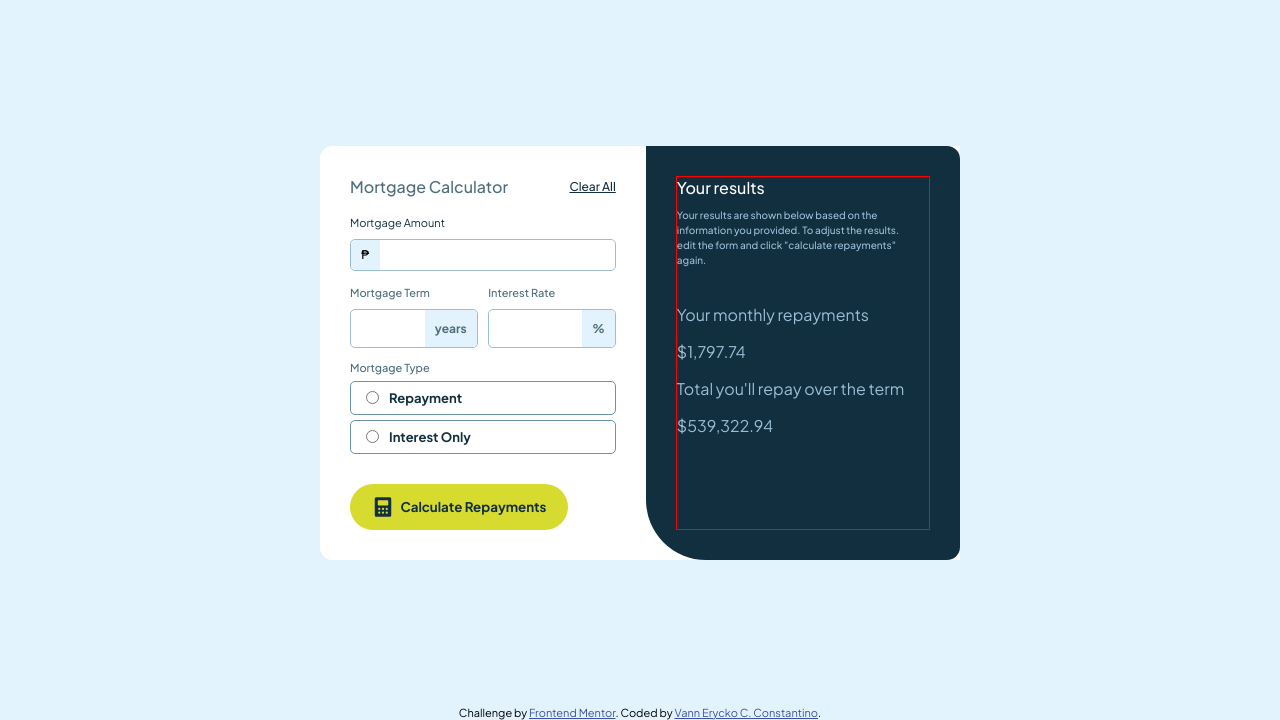
Repository: kocokoy/mortgage-repayment-calculator
Page: index.html
The author's editor kept a copy of each file at every save. The page is drawn from the files as they stood at one save, then again after the next save.
The browser window is 1280 px wide. The pictures show the whole page.

Above is the page before, as saved 2024-10-30 14:37:54.

### index.html
<!DOCTYPE html>
<html lang="en">
<head>
  <meta charset="UTF-8">
  <meta name="viewport" content="width=device-width, initial-scale=1.0"> <!-- displays site properly based on user's device -->

  <link rel="icon" type="image/png" sizes="32x32" href="./assets/images/favicon-32x32.png">
  <link rel="stylesheet" href="/styles/style.css">
  <link rel="preconnect" href="https://fonts.googleapis.com">
<link rel="preconnect" href="https://fonts.gstatic.com" crossorigin>
<link href="https://fonts.googleapis.com/css2?family=Karla:ital,wght@0,200..800;1,200..800&family=Plus+Jakarta+Sans:ital,wght@0,200..800;1,200..800&family=Red+Hat+Text:ital,wght@0,300..700;1,300..700&display=swap" rel="stylesheet">

  <title>Frontend Mentor | Mortgage repayment calculator</title>
</head>
<body>
  <div class="container">
    <div class="container-card">
      <div class="mortgage-calculator-side">
        <div class="mortgage-calculator-header">
          <p>Mortgage Calculator</p>
          <button>Clear All</button>
        </div>
        <div class="mortgage-calculator-amount">
          <p>Mortgage Amount</p>
          <label class="mortgage-calculator-amount-input">
            <div class="peso-logo">&#8369;</div>
            <input type="text" class="jsMortageAmount">
          </label>
          <div class="field-require-text">
            this field is required
          </div>
        </div>
        <div class="mortgage-calculator-term-and-interest">
          <div class="mortgage-calculator-term-section">
            <p>Mortgage Term</p>
            <div class="mortgage-calculator-term-section-mortgage">
              <input type="text" name="" id="" class="jsMortgageTerm">
              <div>years</div>
            </div>
            <div class="field-require-text">
              this field is required
            </div>
          </div>
          <div class="mortgage-calculator-term-section">
            <p>Interest Rate</p>
            <div class="mortgage-calculator-term-section-mortgage">
              <input type="text" name="" id="" class="jsMortgageInterest">
              <div>%</div>
            </div>
            <div class="field-require-text">
              this field is required
            </div>
          </div>
        </div>
        <div class="mortgage-calculator-type">
          <p>Mortgage Type</p>
          <label class="mortgage-calculator-type-radio">
            <input class="mortgage-calculator-type-radio-repayment jsRepaymentRadio" type="radio">
            <div>Repayment</div>
          </label>
          <label class="mortgage-calculator-type-radio">
            <input class="mortgage-calculator-type-radio-interest jsRepaymentInterest"  type="radio">
            <div>Interest Only</div>
          </label>
        </div>
        <div class="mortgage-calculator-button">
          <button class="jsCalculateRepayments">
            <div>
              <img src="/assets/images/icon-calculator.svg" alt="">
              <p>Calculate Repayments</p>
            </div>
          </button>
        </div>
      </div>
      <div class="result-side">
        <!-- <div class="result-empty">
          <div>
            <img src="/assets/images/illustration-empty.svg" alt="">
          </div>
          <div class="result-side-title">Results shown here</div>
          <div class="result-side-text">  Complete the form and click “calculate repayments” to see what
            your monthly repayments would be.</div>
        </div> -->
        <div class="result-populate">
          <div class="result-populate-title">
            Your results
          </div>
          <div class="result-populate-message">
            Your results are shown below based on the information you provided.
            To adjust the results. edit the form and click "calculate repayments" again.
          </div>
          <div class="result-populate-repayment">
            <div>
              <p>Your monthly repayments</p>
              <div>$1,797.74</div>
            </div>
            <div>
              <p>Total you'll repay over the term</p>
              <div>$539,322.94</div>
            </div>
          </div>
        </div>
      </div>
    </div>
  </div>


  <div class="attribution">
    Challenge by <a href="https://www.frontendmentor.io?ref=challenge">Frontend Mentor</a>.
    Coded by <a href="#">Vann Erycko C. Constantino</a>.
  </div>
  <script src="/javascripts/script.js"></script>
</body>
</html>

### styles/style.css
:root{
/* Primary */

--lime: hsl(61, 70%, 52%);
--red: hsl(4, 69%, 50%);

/* Neutral */

--white: hsl(0, 0%, 100%);
--slate100: hsl(202, 86%, 94%);
--slate300: hsl(203, 41%, 72%);
--slate500: hsl(200, 26%, 54%);
--slate700: hsl(200, 24%, 40%);
--slate900: hsl(202, 55%, 16%);
}

.attribution {
  font-size: 11px; text-align: center;
 }
.attribution a {
  color: hsl(228, 45%, 44%);
 }

 *{
  font-family: Plus Jakarta Sans;
 }

body{
  margin: 0;
  padding: 0;
  background-color: var(--slate100);
}
.container{
  height: 98vh;
  display: flex;
  flex-direction: column;
  justify-content: center;
  align-items: center;
}
.container-card{
  display: flex;
  flex-direction: row;
  height: auto;
  width: 50%;
  background-color: var(--white);
  border-bottom-left-radius: 13px;
  border-top-left-radius: 13px;
}

.field-require-text{
  margin-top: 10px;
  color: var(--red);
  font-size: 10px;
  font-weight: 900;
  margin-bottom: 3px;
  display: none;
}
.mortgage-calculator-side{
  height: auto;
  width: auto;
  background-color: var(--white);
  border-bottom-left-radius: 13px;
  border-top-left-radius: 13px;
  padding: 30px;

}
.result-side{
  height: auto;
  width: 70%;
  padding: 30px;
  overflow: hidden;
  background-color: var(--slate900);
  border-bottom-left-radius: 60px;
  border-bottom-right-radius: 13px;
  border-top-right-radius: 13px;
  display: flex;
  flex-direction: column;
  justify-content: center;
  align-items: center;

}

/*Mortgage Calculator Header */
.mortgage-calculator-header{
  display: flex;
  flex-direction: row;
  align-items: center;
  justify-content: space-between;
}
.mortgage-calculator-header p{
 margin: 0;
 font-weight: 500;
 color: var(--slate700);
}
.mortgage-calculator-header button{
 margin: 0;
 font-weight: 500;
 font-size: 12px;
 color: var(--slate900);
 background-color: var(--white);
 text-decoration: underline;
 cursor: pointer;
 border: none;
 padding: 0;
}

/*Mortgage Calculator Amount  */
.mortgage-calculator-amount{
  padding-top: 19px ;
  display: flex;
  flex-direction: column;
  margin-bottom: 15px;
}
.mortgage-calculator-amount p{
  margin: 0;
  font-size: 11px;
  color: var(--slate900);
  padding-bottom: 10px;
}

.mortgage-calculator-amount-input{
  display: flex;
  flex-direction: row;
  height: 30px;
  border: 1px solid var(--slate300);
  border-radius: 5px;
}

.mortgage-calculator-amount-input:hover{
  border: 1px solid var(--slate900);
  transition: 0.1s;
}

.mortgage-calculator-amount-input:focus-within {
  border-color: var(--lime);
}

.mortgage-calculator-amount-input:focus-within .peso-logo {
  background-color: var(--lime);
}

.mortgage-calculator-amount-input .peso-logo{
  background-color: var(--slate100);
  height: 100%;
  width: 35px;
  display: flex;
  justify-content: center;
  align-items: center;
  font-size: 12px;
  font-weight: 500;
  border: none;
  border-top-left-radius: 5px;
  border-bottom-left-radius: 5px;
}
.mortgage-calculator-amount-input input{
  width: 100%;
  border: none;
  border-top-right-radius: 5px;
  border-bottom-right-radius: 5px;
  padding: 0 10px;
  font-weight: 700;
}

.mortgage-calculator-amount-input input:focus{
  outline: none;
}

/* Mortgage Calculator Mortgage Term and Interest Rate */

.mortgage-calculator-term-and-interest{
  display: flex;
  flex-direction: row;
  width: 100;
  justify-content: space-between;
}
.mortgage-calculator-term-section{
  width: 48%;
}
.mortgage-calculator-term-section p{
  margin: 0;
  font-size: 11px;
  color: var(--slate700);
  padding-bottom: 10px;
  font-weight: 500;
}

.mortgage-calculator-term-section-mortgage{
  display: flex;
  flex-direction: row;
  border: 1px solid var(--slate300);
  border-radius: 5px;
}

.mortgage-calculator-term-section-mortgage input{
  width: 90%;
  padding: 10px;
  font-weight: 700;
  border: none;
  border-top-left-radius: 5px;
  border-bottom-left-radius: 5px;
  accent-color: green;
}
.mortgage-calculator-term-section-mortgage div{
  width: auto;
  background-color: var(--slate100);
  color: var(--slate700);
  font-size: 12px;
  display: flex;
  justify-content: center;
  align-items: center;
  font-weight: 700;
  padding: 7px 10px;
  border-top-right-radius: 5px;
  border-bottom-right-radius: 5px;
}

.mortgage-calculator-term-section-mortgage input:focus{
  outline: none;
}

/* Mortgage Calculator Type */
.mortgage-calculator-type{
  display: block;
  margin-top: 13px;
}

.mortgage-calculator-type p{
  margin: 0;
  font-size: 11px;
  color: var(--slate700);
  padding-bottom: 2px;
  font-weight: 500;
}

.mortgage-calculator-type-radio{
  border: 1px solid var(--slate500);
  display: flex;
  flex-direction: row;
  justify-content: start;
  align-items: center;
  padding: 8px 5px ;
  margin-top: 5px;
  border-radius: 5px;
}
.mortgage-calculator-type-radio:hover{
  border: 1px solid var(--lime);
  transition: 0.3s;
  cursor: pointer;
}
.mortgage-calculator-type-radio-clicked{
  border: 1px solid var(--lime);
  background-color: hsla(61, 70%, 52%, 0.1);
  transition: 0.3s;
}

.mortgage-calculator-type-radio-repayment{
  margin: 0 10px;
}

input[type="radio"]{
  accent-color: var(--lime);
  border: none;
}

.mortgage-calculator-type-radio-interest{
  margin: 0 10px;
}

.mortgage-calculator-type-radio div{
  font-size: 13px;
  font-weight: 700;
  color: var(--slate900);
}

/* Mortgage Calculator Type Button */

.mortgage-calculator-button{
  margin-top: 30px;
  display: flex;
  justify-content: start;
  align-items: start;
}

.mortgage-calculator-button button{
  display: flex;
  flex-direction: row;
  background-color: var(--lime);
  color: var(--slate900);
  border: none;
  border-radius: 100px;
  width: 82%;
  cursor: pointer;
  transition: 0.3s;
}

.mortgage-calculator-button button:hover{
  opacity: 80%;
}

.mortgage-calculator-button button img{
  margin: 0;
  display: flex;
  justify-content: center;
}

.mortgage-calculator-button button p{
  font-weight: 700;
  margin-left: 5px;
}
.mortgage-calculator-button button div{
  display: flex;
  justify-content: center;
  width: 100%;
}

/* Result Side Empty */
.result-empty{
  display: flex;
  flex-direction: column;
  justify-content: center;
  align-items: center;

}
.result-side-title{
  color: var(--white);
  font-weight: 500;
  font-size: 20px;
}
.result-side-text{
  margin-top: 10px;
  color: var(--slate500);
  font-size: 11px;
  text-align: center;
}

/* Result Side Populate*/
.result-populate{
  border: 1px solid red;
  height: 100%;
}
.result-populate-title{
  color: var(--white);
  font-weight: 500;
  padding-bottom: 5px;
}
.result-populate-message{
  color: var(--slate300);
  font-weight: 500;
  font-size: 10px;
  width: 93%;
  padding: 5px 0px;
  line-height: 15px;
}
.result-populate-repayment{
  color: var(--slate300);
  background-color: var(--slate900);
  margin-top: 15px;
  display: flex;
  flex-direction: column;
}

### javascripts/script.js
const calculateButton = document.querySelector('.jsCalculateRepayments');
const mortgageAmountElement = document.querySelector('.jsMortageAmount');
const mortgageTermElement = document.querySelector('.jsMortgageTerm');
const mortgageInterestElement = document.querySelector('.jsMortgageInterest');
// radio buttons
const repaymentRadioElement = document.querySelector('.jsRepaymentRadio');
const interestRadioElement = document.querySelector('.jsRepaymentInterest');
let totalRepayment = 0;
let monthlyPayment = 0;

MortgageTypeBtnClicked();
calculateButton.addEventListener('click', () => {
  const mortgageAmount =  IntegerConverter(mortgageAmountElement.value);
  const mortgageTerm =  IntegerConverter(mortgageTermElement.value);
  const mortgageInterest =  IntegerConverter(mortgageInterestElement.value);
  CalcuteRepayment(mortgageAmount,mortgageTerm,mortgageInterest);

});



function MortgageTypeBtnClicked(){
  let repaymentRadioClicked = false;
  let interestRadioClicked = false;

  const repaymentParentLabel = repaymentRadioElement.parentElement;
  const interestParentLabel = interestRadioElement.parentElement;

  repaymentRadioElement.addEventListener('click', () =>{
    if(repaymentRadioClicked){
      repaymentParentLabel.classList.remove('mortgage-calculator-type-radio-clicked');
      repaymentRadioElement.checked = false;
      repaymentRadioClicked = false;
    }else{
      repaymentRadioClicked = true;
      repaymentParentLabel.classList.add('mortgage-calculator-type-radio-clicked');
      interestParentLabel.classList.remove('mortgage-calculator-type-radio-clicked');
      interestRadioElement.checked = false;
      interestRadioClicked = false;
    }
  });

  interestRadioElement.addEventListener('click', () =>{
    if(interestRadioClicked){
      interestParentLabel.classList.remove('mortgage-calculator-type-radio-clicked');
      interestRadioElement.checked = false;
      interestRadioClicked = false;
    }else{
      repaymentParentLabel.classList.remove('mortgage-calculator-type-radio-clicked');
      interestParentLabel.classList.add('mortgage-calculator-type-radio-clicked');
      interestRadioClicked = true;
      repaymentRadioElement.checked = false;
      repaymentRadioClicked = false;
    }
  });
};

function IntegerConverter(str){
  if(str.includes('.')){
    return parseFloat(str);
  };
    return parseInt(str.replace(/,/g, ''));
}

function CalcuteRepayment(amount,years,interest){
  let months = 12;
  let monthlyInterestRate = ((interest/months)/100);
  let totalPayments = (years*months);
  let numerator = (amount * monthlyInterestRate);
  let denominator = (1 - Math.pow(1 + monthlyInterestRate,(-1*totalPayments)));
  monthlyPayment = (numerator/denominator);
  totalRepayment =  (monthlyPayment*totalPayments);
}

After the next save:
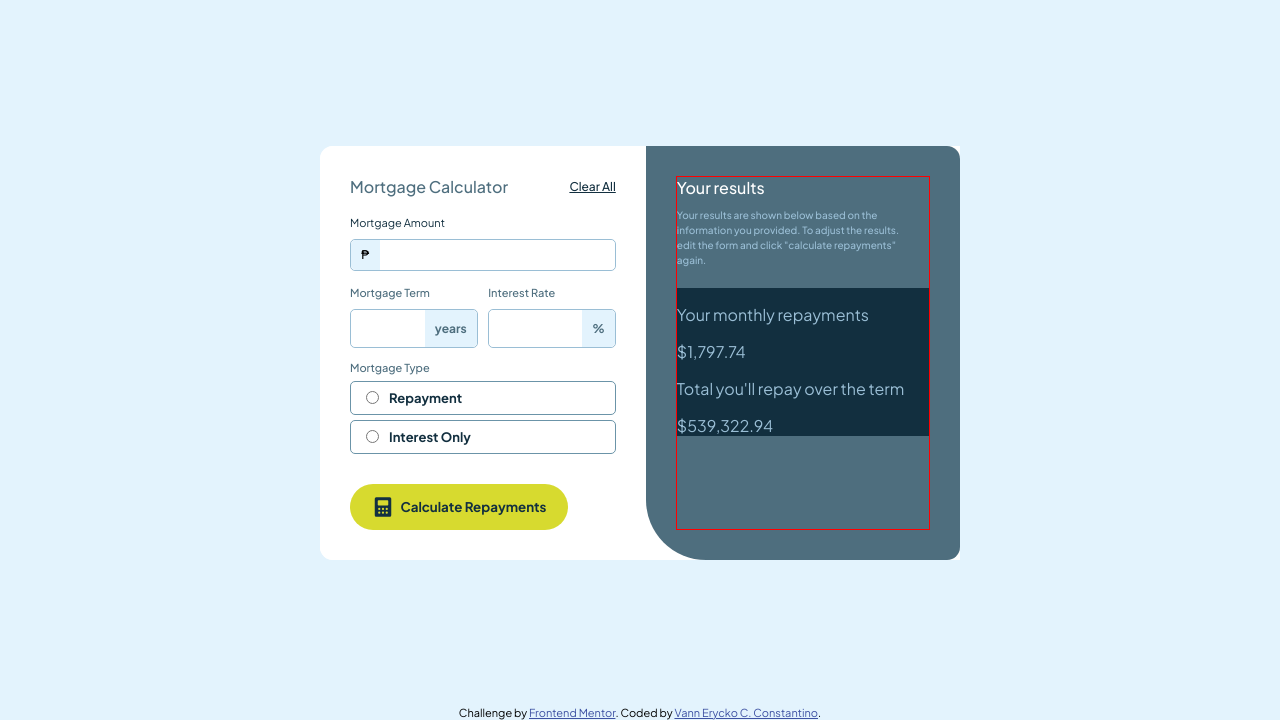
Saved 38 s later.
--- a/styles/style.css
+++ b/styles/style.css
@@ -69,7 +69,7 @@
   width: 70%;
   padding: 30px;
   overflow: hidden;
-  background-color: var(--slate900);
+  background-color: var(--slate700);
   border-bottom-left-radius: 60px;
   border-bottom-right-radius: 13px;
   border-top-right-radius: 13px;

After the save that followed:
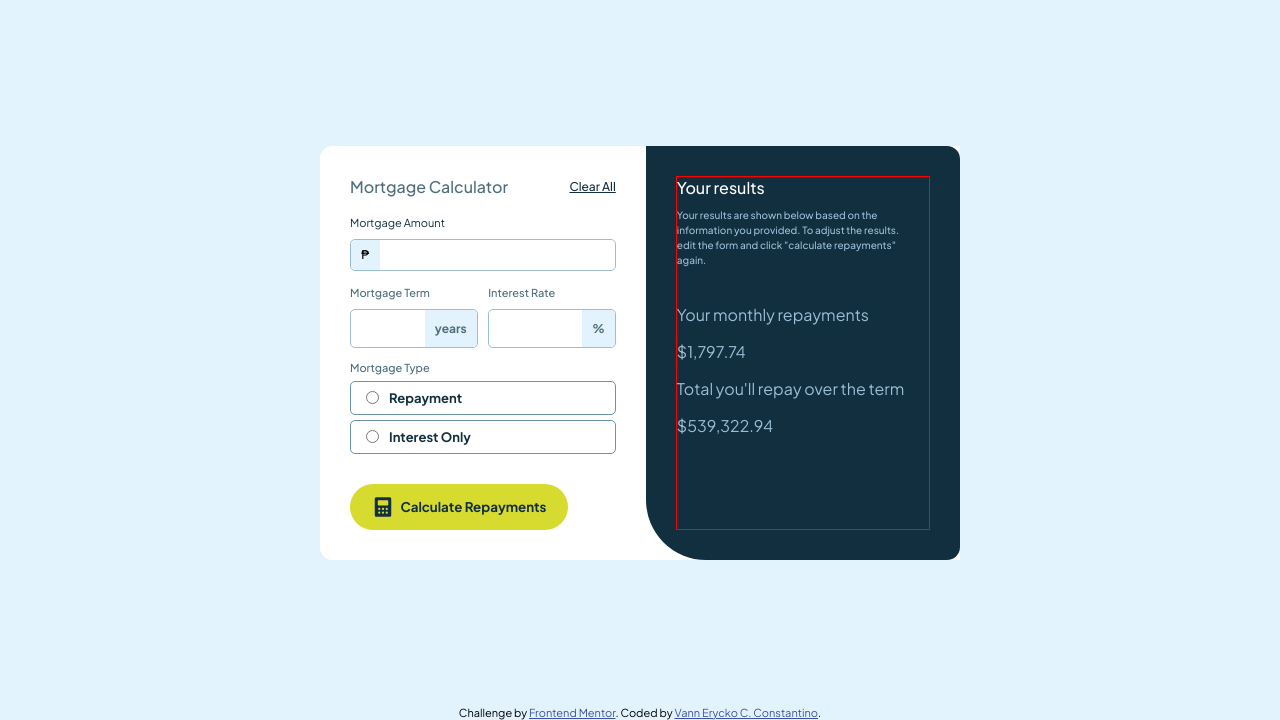
Saved 4 s later.
--- a/styles/style.css
+++ b/styles/style.css
@@ -69,7 +69,7 @@
   width: 70%;
   padding: 30px;
   overflow: hidden;
-  background-color: var(--slate700);
+  background-color: var(--slate900);
   border-bottom-left-radius: 60px;
   border-bottom-right-radius: 13px;
   border-top-right-radius: 13px;
